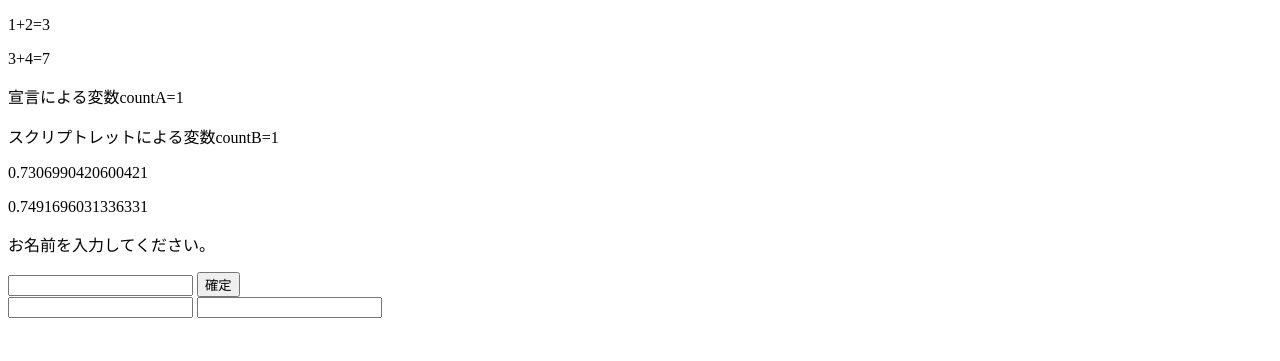
Repository: cha-git/test
Page: http://localhost/HelloJSP/
These files come from the project's save history. The page is drawn as it stood at one moment and after the next save; the edit follows.
The browser window is 1280 px wide. The pictures show the whole page.
The page is served by Tomcat 9.

Above is the page before, as saved 2018-12-03 12:12:57.

After the next save:
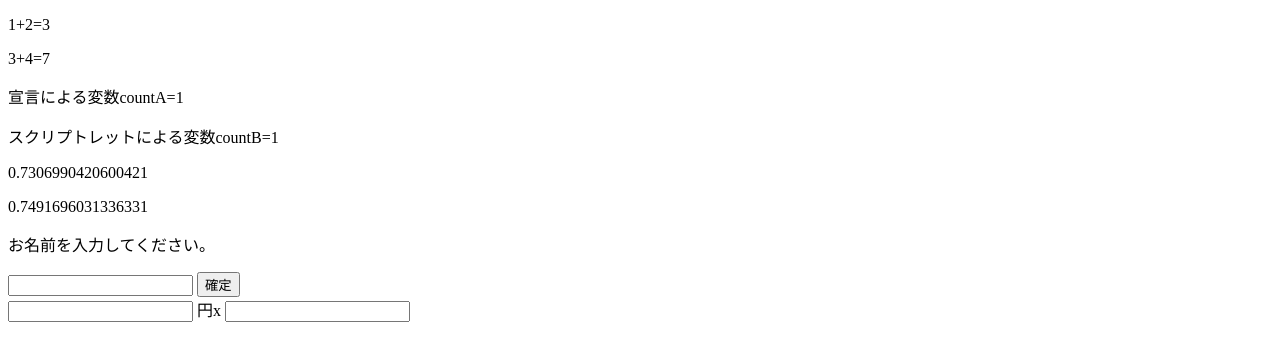
Saved 6 s later.
--- a/HelloJSP/WebContent/index.jsp
+++ b/HelloJSP/WebContent/index.jsp
@@ -39,6 +39,7 @@
 
 	<form method="post" action="total-out.jsp">
 		<input type="text" name="price">
+		円x
 		<input type="text" name="count">
 	</form>
 </body>
